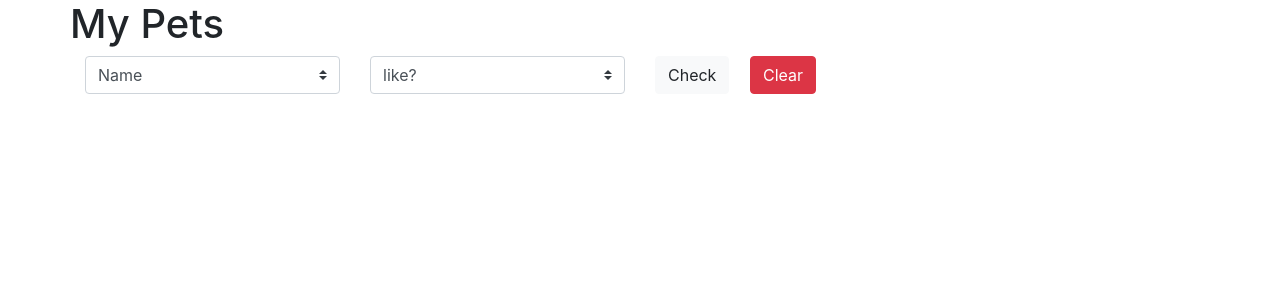
Repository: Mschikay/EBusiness
Page: http://localhost/Json/animal.jsp
These files come from the project's save history. The page is drawn as it stood at one moment and after the next save; the edit follows.
The browser window is 1280 px wide. The pictures show the whole page.
Some web libraries are served in a nearby version. The page is served by Tomcat 9.

Above is the page before, as saved 2019-01-27 06:06:13.

After the next save:
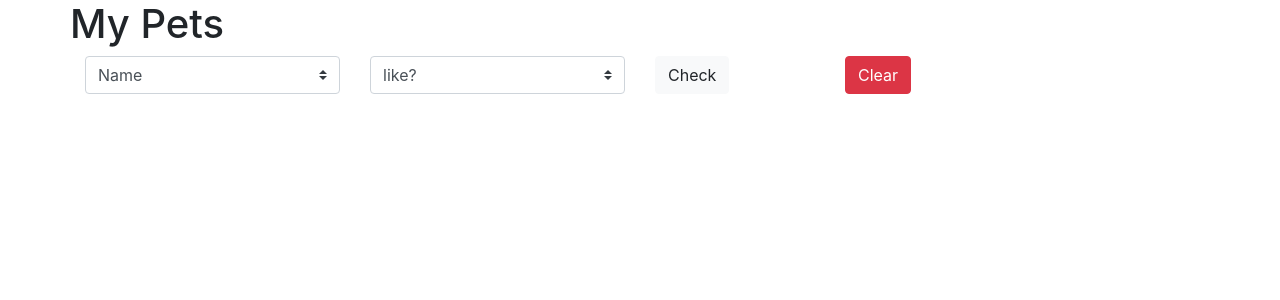
Saved 18 s later.
--- a/groupwork/Json/WebContent/animal.jsp
+++ b/groupwork/Json/WebContent/animal.jsp
@@ -36,11 +36,11 @@
 				</select>
 			</div>
 
-			<div class="col-1 align-items-start">
+			<div class="col-2 align-items-start">
 				<button id="check" class="btn btn-light">Check</button>
 			</div>
 
-			<div class="col-1 align-items-start">
+			<div class="col-2 align-items-start">
 				<button id="clear" class="btn btn-danger">Clear</button>
 			</div>
 
